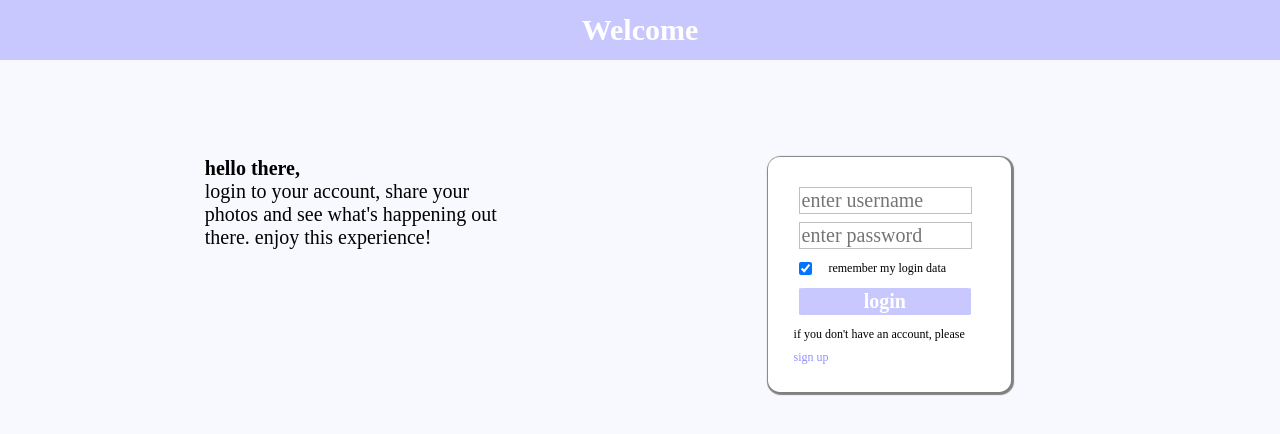
Repository: ZZainabshaabneh/PhpProjects
Page: http://localhost/signin.php
The author's editor kept a copy of each file at every save. The page is drawn from the files as they stood at one save, then again after the next save.
The browser window is 1280 px wide. The pictures show the whole page.
The page is run by PHP 8.4 with error messages shown; the project is at /var/www/html/. Queries for data that is not in the repository find no rows.

Above is the page before, as saved 2024-04-30 21:06:06.

### Projects/fullstack/signin.php

<?php
error_reporting(0);
$username=$_POST['user'];
$password=$_POST['pass'];
$remember=$_POST['remember'];
//////////////////////////////////////
$connect=mysqli_connect("localhost","root","","profile2");
$q="select * from users where name='$username';";
$x=mysqli_query($connect,$q);
while($a=mysqli_fetch_assoc($x)){
    $user=$a['name'];
    $pass=$a['pass'];
}
///////////////////////////////////////

if(isset($_POST['login'])){
   if($username !=$user) echo "username does not exist!";
   else if($pass !=$password) echo "wrong password!";
   else{

       if(!empty($remember)){
         setcookie("user",$username,time()+51000000000);
         setcookie("pass",$password,time()+51000000000);
       }
       else{
          setcookie("user","");
          setcookie("pass","");
       }


       session_start();
       $_SESSION['user']=$username;
       header("location:profile.php");

   }

}




?>

<!DOCTYPE html>
<html>
<head>
<title>log in to your account</title>
<link rel="stylesheet" href="signin.css">
</head>

<header>
<h1>Welcome</h1>
</header>
<body>
<form method="post" action="signin.php">
<div class="leftside">
<h2>hello there,</h2>
<p>login to your account, share your photos and see what's happening out there. enjoy this experience!</p>
</div>

<div class="rightside">
<table>
<tr><td colspan="2"><input type="text" name="user" placeholder="enter username" value="<?php echo $_COOKIE['user'];?>"></td></tr>
<tr><td colspan="2"><input type="password" name="pass" placeholder="enter password" value="<?php echo $_COOKIE['pass'];?>"></td></tr>
<tr><td style="width:15%;"><input type="checkbox" name="remember" checked></td ><td style="width:80%;font-size:12px;">remember my login data</td></tr>
<tr><td colspan="2"><input type="submit" name="login" value="login"></td></tr>
</table>
<span style="width:95%;font-size:12px;">if you don't have an account, please <a href="signup.php">sign up</a></span>

</div>
</form>
</body>

</html>

### Projects/fullstack/signin.css
*{
margin:0;
font-size:20px;
font-family: cursive;
}
h1{

	font-size:30px;
}
body{
	background-color: ghostwhite;

}
header{
background-color:rgb(200, 200, 255);
text-align: center;
padding-top:1% ;
padding-bottom: 1%;
color:white;
}
div{
margin:1%;
}
.leftside{
position: absolute;
left:15%;
top:20%;
width:25%;

}
.rightside{
position: absolute;
right:20%;
top:20%;
background-color:white;
padding:2%;
box-shadow: 1px 1px 1px 2px grey;
width:15%;
border-radius: 5%;

}
table{
width:95%;
}
td{
	width:100%;

	padding:3px;
}
input[type=text],[type=password],[type=date]{
	width:97%;
	border:1px solid rgb(192, 192, 192);
}
input[type=submit]{
	width:100%;
	background-color:rgb(200, 200, 255);
	border:none;
	border-radius: 3%;
	padding:2px;
	color:white;
	font-weight: bold;
	cursor:pointer;

}
input[type=submit]:hover{
background-color:rgb(130, 130, 255);
scale:1.05;

}
input[type=text]:hover{
background-color:rgb(220, 220, 255);
}
input[type=date]:hover{
background-color:rgb(220, 220, 255);
}
input[type=password]:hover{
background-color:rgb(220, 220, 255);
}
a{
	text-decoration: none;
	color: rgb(145, 145, 255);
	font-size: 12px;
}
a:hover{

color:rgb(130, 130, 255);
font-size:14px;
}

After the next save:
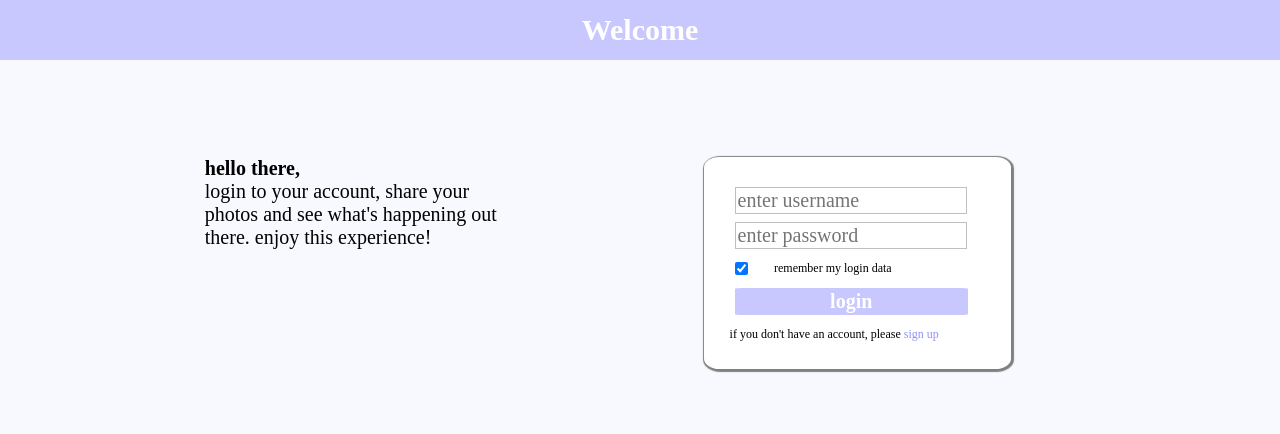
Saved 38 s later.
--- a/Projects/fullstack/signin.css
+++ b/Projects/fullstack/signin.css
@@ -35,7 +35,7 @@ top:20%;
 background-color:white;
 padding:2%;
 box-shadow: 1px 1px 1px 2px grey;
-width:15%;
+width:20%;
 border-radius: 5%;
 
 }
